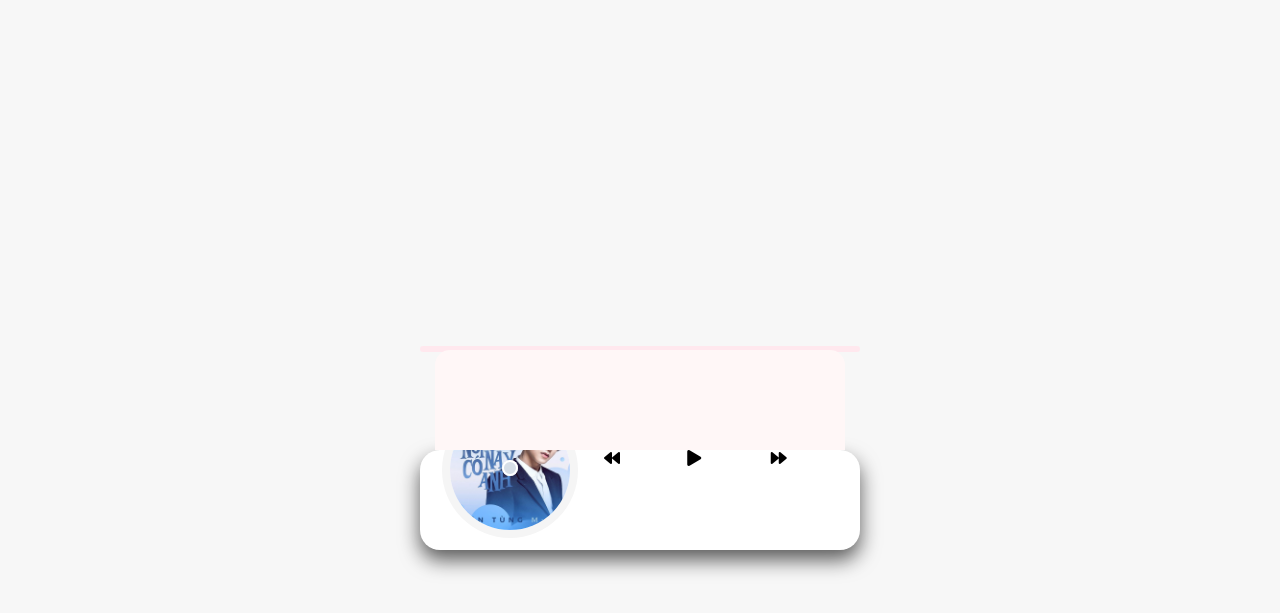
Repository: nguyentien110-fe/Music_Player_Demo
Page: index.html
The author's editor kept a copy of each file at every save. The page is drawn from the files as they stood at one save, then again after the next save.
The browser window is 1280 px wide. The pictures show the whole page.

Above is the page before, as saved 2021-08-29 21:58:02.

After the next save:
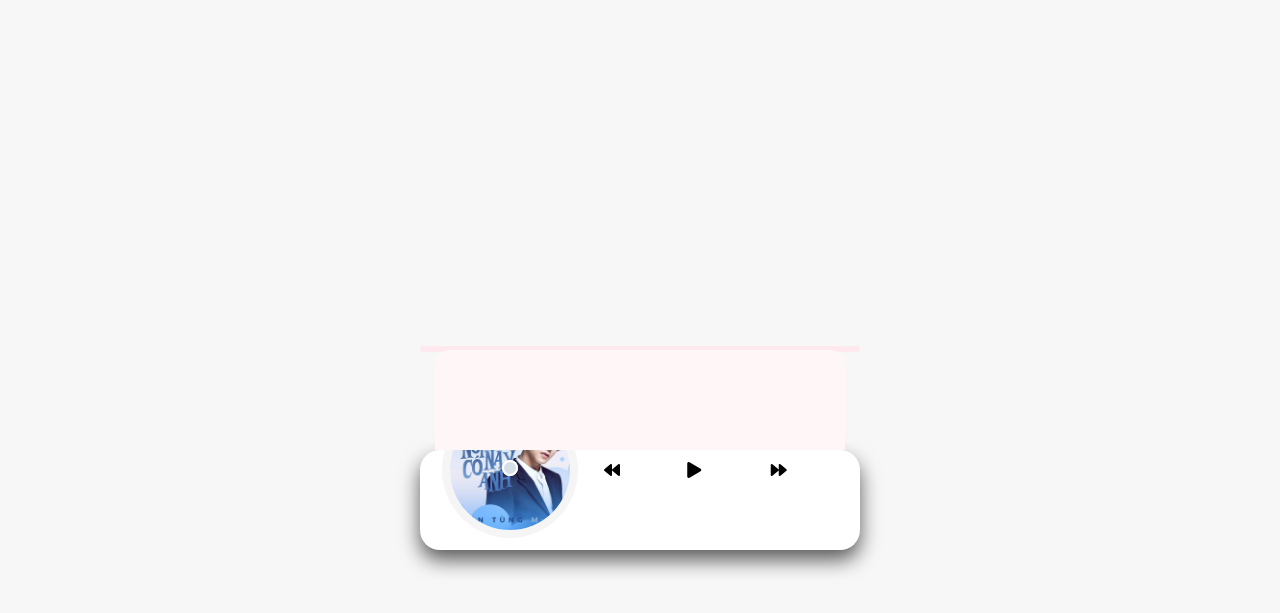
Saved 11 s later.
--- a/style.css
+++ b/style.css
@@ -242,4 +242,5 @@
 .control {
     width: 33.333%;
     float: left;
-}
+    padding: 12px 0;
+}
